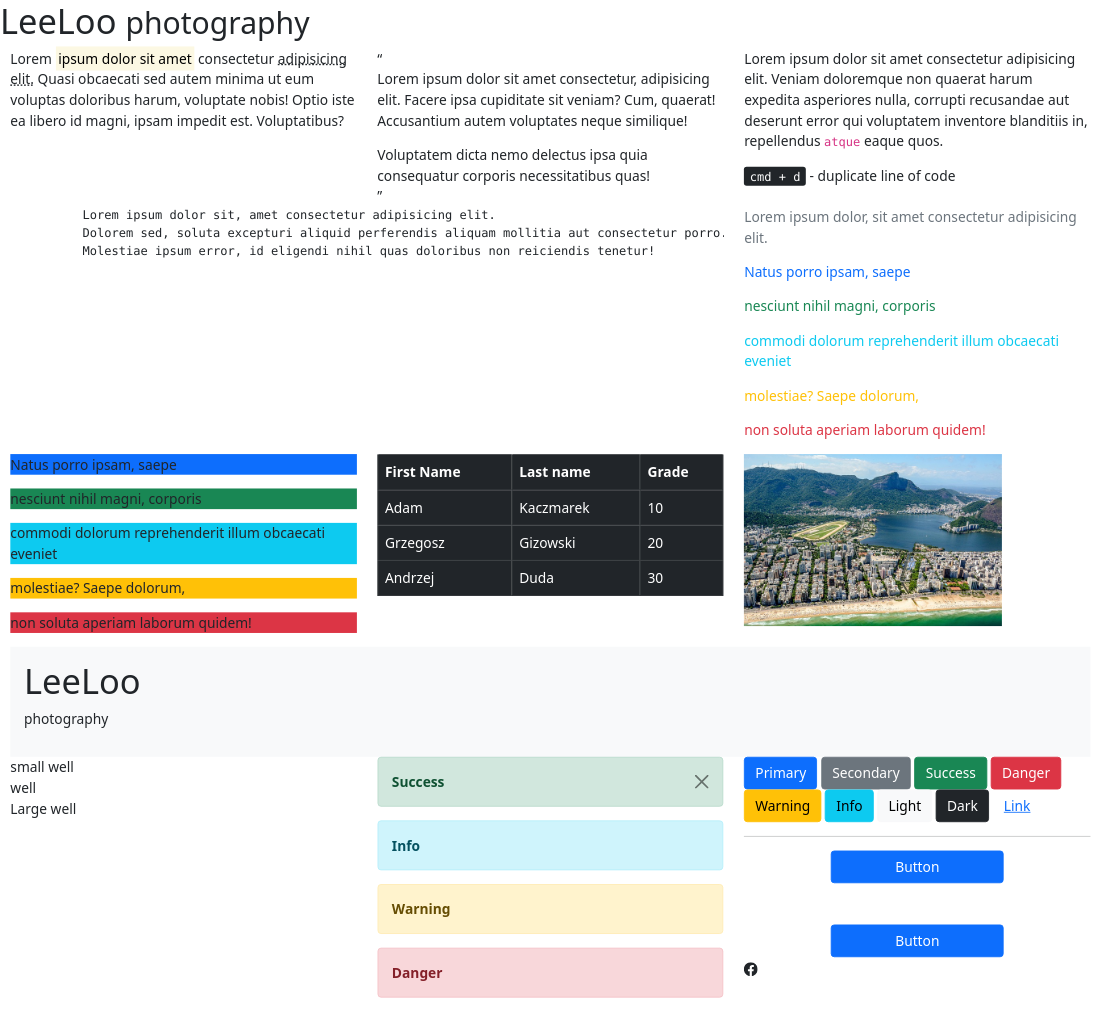
Repository: Zyzik-33/bootstrap-test
Page: index.html
The author's editor kept a copy of each file at every save. The page is drawn from the files as they stood at one save, then again after the next save.
The browser window is 1280 px wide. The pictures show the whole page, at 86% of full size.

Above is the page before, as saved 2021-01-27 21:57:16.

After the next save:
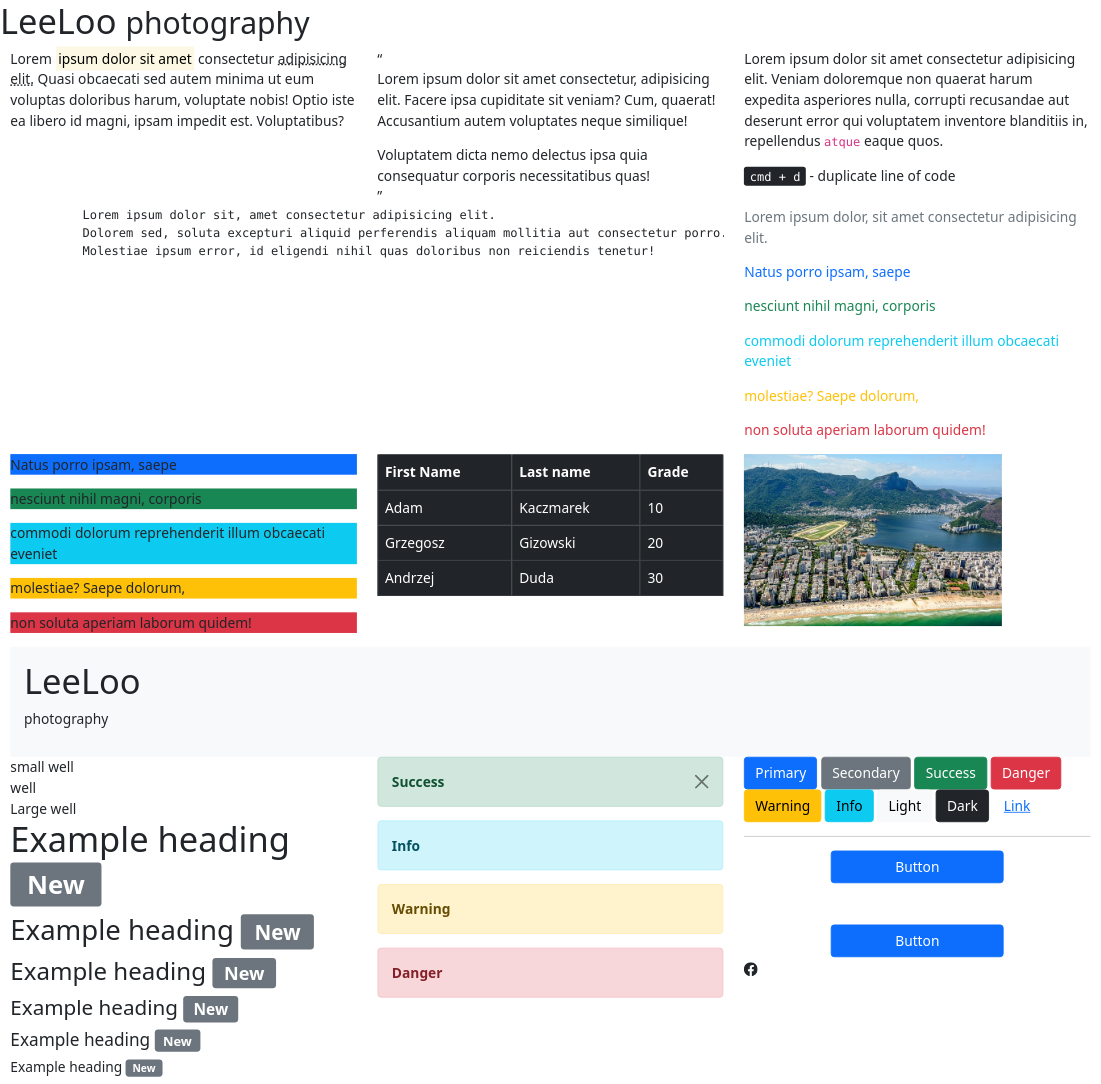
Saved 6 min 51 s later.
--- a/index.html
+++ b/index.html
@@ -108,6 +108,12 @@
         <div class="well well-sm">small well</div>
         <div class="well">well</div>
         <div class="well well-lg">Large well</div>
+        <h1>Example heading <span class="badge bg-secondary">New</span></h1>
+        <h2>Example heading <span class="badge bg-secondary">New</span></h2>
+        <h3>Example heading <span class="badge bg-secondary">New</span></h3>
+        <h4>Example heading <span class="badge bg-secondary">New</span></h4>
+        <h5>Example heading <span class="badge bg-secondary">New</span></h5>
+        <h6>Example heading <span class="badge bg-secondary">New</span></h6>
       </div>
       <div class="col-lg-4">
         <div class="alert alert-success alert-dismissible fade show" role="alert">
